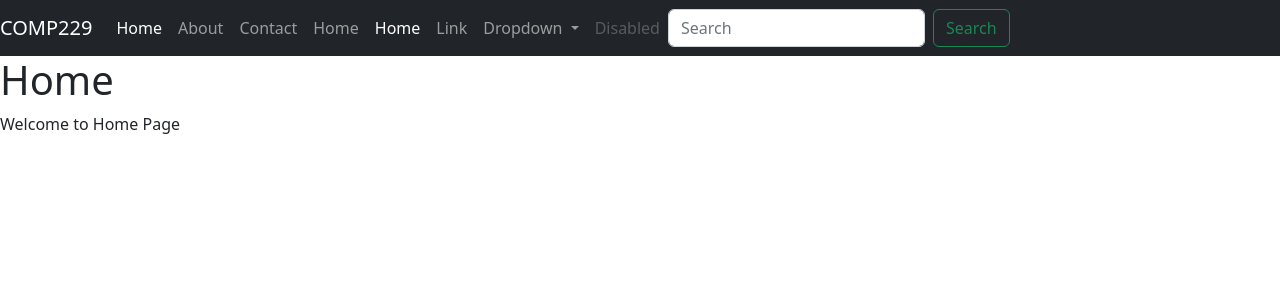
Repository: kaletejas/COMP229_Portfolio
Page: http://localhost/
The author's editor kept a copy of each file at every save. The page is drawn from the files as they stood at one save, then again after a run of saves.
The browser window is 1280 px wide. The pictures show the whole page.
The page is served by the project's Node server (server.js).

Above is the page before, as saved 2023-01-25 20:54:58.

After the next 2 saves:
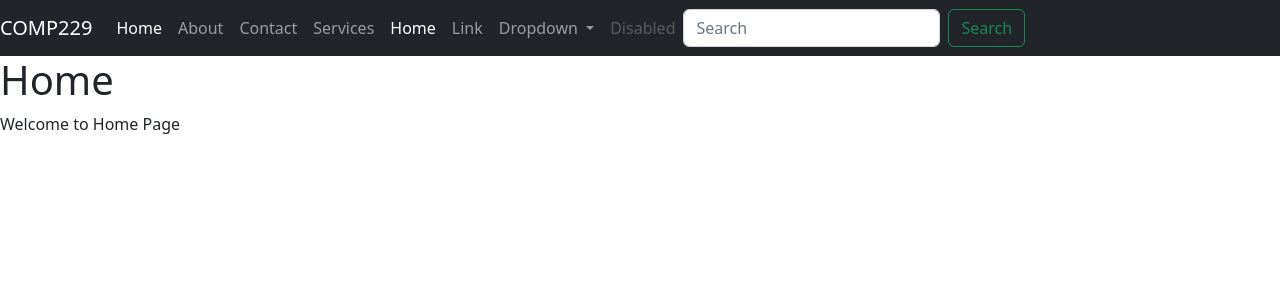
The 2 saves are shown as one change because they came seconds apart.
The last was saved 14 s later.
--- a/WEEK3/views/index.ejs
+++ b/WEEK3/views/index.ejs
@@ -31,7 +31,7 @@
           <a class="nav-link" href="/contact">Contact</a>
         </li>
         <li class="nav-item active">
-          <a class="nav-link" href="/">Home</a>
+          <a class="nav-link" href="/services">Services</a>
         </li>
         <li class="nav-item">
           <a class="nav-link active" aria-current="page" href="/home">Home</a>
